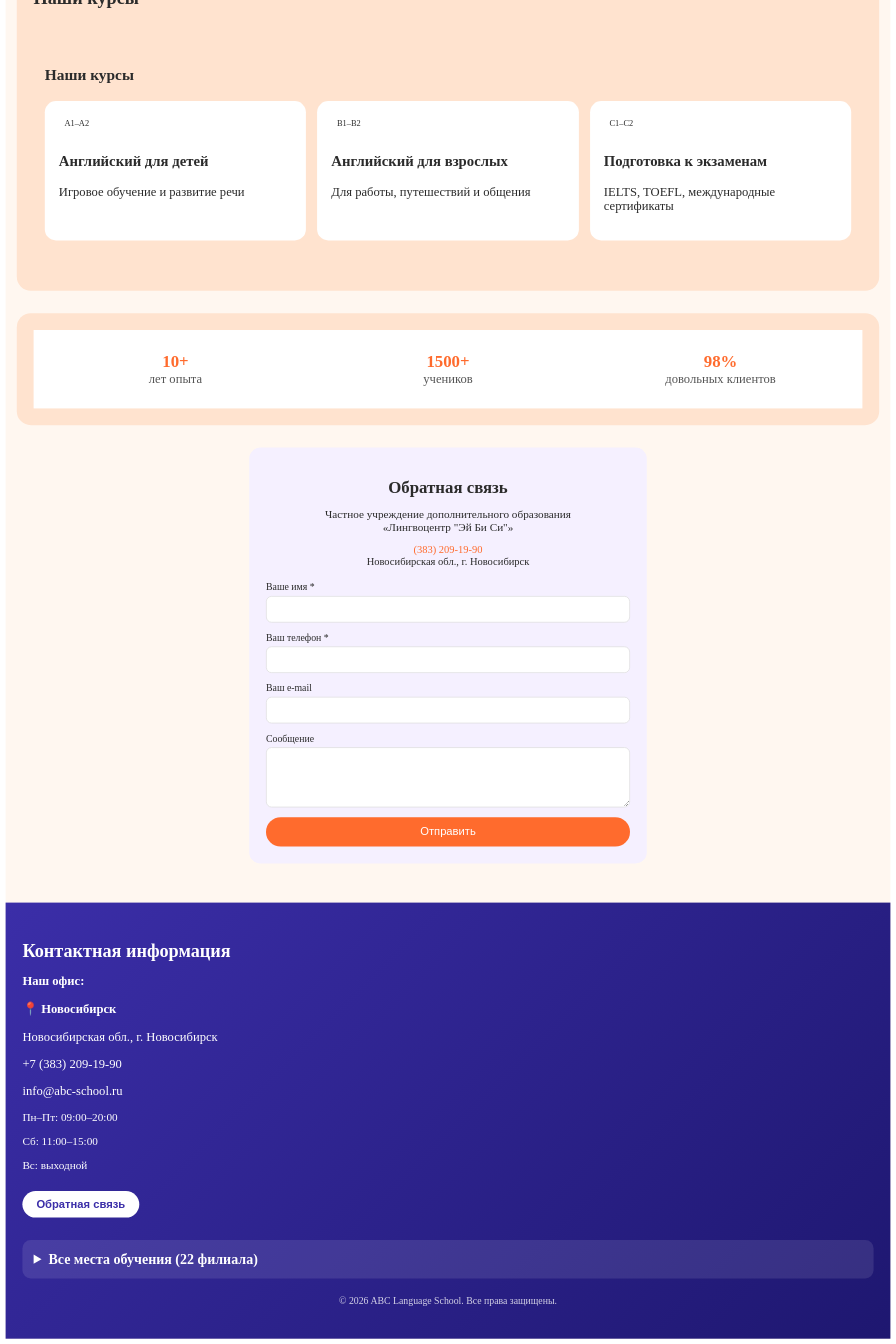
Repository: vidergooold/abc-language-school
Page: / (app in frontend/)
An editor plug-in stored every save of this project. The page is shown before and after the next save, followed by the edit.
The browser window is 1280 px wide. The pictures show the part of the page from y = 679 to 2599 px (the page is 2599 px tall before and 2560 px after), at 70% of full size.
The project was rebuilt for these pictures with package versions that can differ from the ones it lists, and the page was loaded fresh each time. Also part of the build but not shown: frontend/vite.config.ts, frontend/src/components/courses/CoursesFilter.vue, frontend/src/components/courses/CourseCard.vue, frontend/src/components/courses/CoursesGrid.vue, frontend/src/pages/Courses.vue, frontend/src/pages/Login.vue, frontend/src/pages/Register.vue, frontend/src/pages/Enroll.vue and 5 more.

Above is the page before, as saved 2026-01-11 18:10:56.

### frontend/src/main.ts
import { createApp } from 'vue'
import App from './App.vue'
import router from './router'
import './styles/theme.css'

import { createPinia } from 'pinia'

const pinia = createPinia()

createApp(App)
  .use(router)
  .use(pinia)
  .mount('#app')

### frontend/src/App.vue
<template>
  <div class="app">
    <Header />
    <main class="app-main">
      <router-view />
    </main>
    <Footer />
    <ScrollToTop />
  </div>
</template>

<script setup lang="ts">
import Header from './components/layout/Header.vue'
import Footer from './components/layout/Footer.vue'
import ScrollToTop from './components/ui/ScrollToTop.vue'
</script>

<style scoped>
.app {
  min-height: 100vh;
  display: flex;
  flex-direction: column;
  background: var(--bg-main);
  color: var(--text-main);
  font-size: var(--font-size-base);
}

.app-main {
  flex: 1;
  padding: 16px;
}
</style>

### frontend/src/router/index.ts
import { createRouter, createWebHistory } from 'vue-router'

import Home from '@/pages/Home.vue'
import Courses from '@/pages/Courses.vue'
import Login from '@/pages/Login.vue'
import Register from '@/pages/Register.vue'
import Enroll from '@/pages/Enroll.vue'

import AccountLayout from '@/components/layout/AccountLayout.vue'
import Profile from '@/pages/account/Profile.vue'

import Testing from '@/pages/Testing.vue'
import Jobs from '@/pages/Jobs.vue'

import { useAuthStore } from '@/stores/auth'

const router = createRouter({
  history: createWebHistory(),
  routes: [
    { path: '/', component: Home },

    // заглушки (можно временно показывать Home)
    { path: '/organization', component: Home },
    { path: '/clients', component: Home },

    // реальные страницы
    { path: '/courses', component: Courses },
    { path: '/enroll', component: Enroll },
    { path: '/login', component: Login },
    { path: '/register', component: Register },
    { path: '/testing', component: Testing },
    { path: '/jobs', component: Jobs },

    {
      path: '/account',
      component: AccountLayout,
      meta: { requiresAuth: true },
      children: [
        {
          path: '',
          component: Profile,
        },
      ],
    },
  ],
})

router.beforeEach((to) => {
  const auth = useAuthStore()
  if (to.meta.requiresAuth && !auth.token) {
    return '/login'
  }
})

export default router

### frontend/src/styles/theme.css
:root {
  /* Цвета */
  --bg-main: #fff7f0; /* тёплый фон страницы */
  --bg-white: #ffffff;
  --brand-orange: #ff6b2d; /* яркий оранжевый */
  --brand-red: #e53935;    /* акцентный красный */
  --brand-purple: #3b2ea8; /* фиолетовый */

  --text-main: #2b2b2b;
  --text-secondary: #555555;

  /* Типографика */
  --font-size-base: 18px;
  --font-size-h1: 32px;
  --font-size-h2: 26px;
  --font-size-h3: 20px;

  /* Прочее */
  --border-radius: 16px;
}

### frontend/src/components/layout/Footer.vue
<template>
  <footer class="footer">
    <div class="footer__content">
      <!-- Левая колонка: контакты -->
      <div class="footer__left">
        <h2 class="footer__title">Контактная информация</h2>

        <div class="footer__office">
          <h3>Наш офис:</h3>
          <p class="footer__location">📍 Новосибирск</p>
          <p>Новосибирская обл., г. Новосибирск</p>
        </div>

        <div class="footer__phones">
          <a href="tel:+73832091990" class="footer__phone">
             +7 (383) 209-19-90
          </a>
        </div>

        <p class="footer__email">
           <a href="mailto:info@abc-school.ru">info@abc-school.ru</a>
        </p>

        <div class="footer__schedule">
          <p>Пн–Пт: 09:00–20:00</p>
          <p>Сб: 11:00–15:00</p>
          <p>Вс: выходной</p>
        </div>

        <button class="footer__btn" @click="scrollToFeedback">
          Обратная связь
        </button>
      </div>

      <!-- Правая колонка: карта с филиалами -->
      <div class="footer__right">
        <iframe
          class="footer__map"
          src="https://yandex.ru/map-widget/v1/?um=constructor%3A2176bde44a3a0278af824b3d4e41f7e66ef0d049a83924a08779f616ec73ade1&amp;source=constructor"
          frameborder="0"
          allowfullscreen
        ></iframe>
        <p class="map-note">
          👆 На карте отмечены все 22 филиала ABC School
        </p>
      </div>
    </div>

    <!-- Все филиалы списком -->
    <details class="footer__branches">
      <summary class="footer__branches-title">
        Все места обучения (22 филиала)
      </summary>

      <div class="branches-grid">
        <div class="branch" v-for="branch in branches" :key="branch.id">
          <h4>{{ branch.name }}</h4>
          <p class="branch__address"> {{ branch.address }}</p>
          <p class="branch__phone">
             <a :href="`tel:${branch.phone}`">{{ branch.phoneDisplay }}</a>
          </p>
          <p class="branch__schedule"> {{ branch.schedule }}</p>
        </div>
      </div>
    </details>

    <div class="footer__copyright">
      <p>© 2026 ABC Language School. Все права защищены.</p>
    </div>
  </footer>
</template>

<script setup lang="ts">
import { ref } from 'vue'

function scrollToFeedback() {
  const el = document.getElementById('feedback')
  if (el) el.scrollIntoView({ behavior: 'smooth' })
}

const branches = ref([
  {
    id: 1,
    name: 'Офис г. Новосибирск (главный)',
    address: 'ул. Бориса Богаткова, 208/2, офис 4, 5',
    phone: '+79139121809',
    phoneDisplay: '(913) 912-18-09',
    schedule: 'Пн–Пт 9:00–20:00',
  },
  {
    id: 2,
    name: 'Филиал в МАОУ Гимназия 11 «Гармония»',
    address: 'ул. Федосеева, д. 38',
    phone: '+79139121809',
    phoneDisplay: '(913) 912-18-09',
    schedule: 'Пн–Пт 9:50–18:30',
  },
  {
    id: 3,
    name: 'Филиал в МБОУ СОШ №56',
    address: 'ул. Планировочная, д. 7',
    phone: '+79139121809',
    phoneDisplay: '(913) 912-18-09',
    schedule: 'Пн/Чт 11:30–15:30',
  },
  {
    id: 4,
    name: 'Филиал в МБОУ СОШ №188',
    address: 'ул. Курганская, д. 36а',
    phone: '+79139121809',
    phoneDisplay: '(913) 912-18-09',
    schedule: 'Пн–Пт 11:00–19:30',
  },
  {
    id: 5,
    name: 'Филиал в МАОУ СОШ №218',
    address: 'Красный проспект, д. 320/1',
    phone: '+79139121809',
    phoneDisplay: '(913) 912-18-09',
    schedule: 'Пн–Чт 10:30–16:00',
  },
  {
    id: 6,
    name: 'Филиал в МАОУ «Гимназия №7 «Сибирская»',
    address: 'ул. Зорге, д. 42а',
    phone: '+79139121809',
    phoneDisplay: '(913) 912-18-09',
    schedule: 'Пн/Ср 9:30–15:30',
  },
  {
    id: 7,
    name: 'Филиал в МБОУ СОШ №186',
    address: 'ул. Бориса Богаткова, д. 189',
    phone: '+79139121809',
    phoneDisplay: '(913) 912-18-09',
    schedule: 'Пн–Пт 10:30–18:30',
  },
  {
    id: 8,
    name: 'Филиал в МБОУ СОШ №11',
    address: 'ул. Бориса Богаткова, д. 187',
    phone: '+79139121809',
    phoneDisplay: '(913) 912-18-09',
    schedule: 'Пн/Ср 11:00–12:30',
  },
  {
    id: 9,
    name: 'Филиал в МБОУ СОШ №2',
    address: 'ул. Чехова, д. 271',
    phone: '+79139121809',
    phoneDisplay: '(913) 912-18-09',
    schedule: 'Вт/Чт/Пт 11:00–18:30',
  },
  {
    id: 10,
    name: 'Филиал в МБОУ СОШ №199',
    address: 'ул. Лазурная, д. 27',
    phone: '+79139121809',
    phoneDisplay: '(913) 912-18-09',
    schedule: 'Пн–Чт 9:00–18:30',
  },
  {
    id: 11,
    name: 'Филиал в МБОУ СОШ №155',
    address: 'Ключ-Камышенское Плато, д. 1А',
    phone: '+79139121809',
    phoneDisplay: '(913) 912-18-09',
    schedule: 'Вт/Чт/Пт 10:00–20:00',
  },
  {
    id: 12,
    name: 'Филиал в МАОУ ЛИТ',
    address: 'ул. Римского-Корсакова, д. 13',
    phone: '+79139121809',
    phoneDisplay: '(913) 912-18-09',
    schedule: 'Вт/Чт 11:30–17:00',
  },
  {
    id: 13,
    name: 'Филиал в МБОУ СОШ №195',
    address: 'ул. В. Высоцкого, д. 1',
    phone: '+79139121809',
    phoneDisplay: '(913) 912-18-09',
    schedule: 'Пн/Чт 12:10–14:00',
  },
  {
    id: 14,
    name: 'Филиал в МАОУ НГПЛ',
    address: 'ул. Декабристов, д. 86',
    phone: '+79139121809',
    phoneDisplay: '(913) 912-18-09',
    schedule: 'Пн–Чт 13:15–16:30',
  },
  {
    id: 15,
    name: 'Филиал в МБОУ Гимназия №9',
    address: 'ул. Калинина, д. 255',
    phone: '+79139121809',
    phoneDisplay: '(913) 912-18-09',
    schedule: 'Пн–Чт 11:00–19:15',
  },
  {
    id: 16,
    name: 'Филиал в МАОУ НЭЛ',
    address: 'ул. Крылова, д. 44',
    phone: '+79139121809',
    phoneDisplay: '(913) 912-18-09',
    schedule: 'Пн–Чт 12:00–14:00',
  },
  {
    id: 17,
    name: 'Филиал в МАОУ СОШ №216',
    address: 'ул. Виталия Потылицына, д. 9',
    phone: '+79139121809',
    phoneDisplay: '(913) 912-18-09',
    schedule: 'Пн–Чт 9:30–19:30',
  },
  {
    id: 18,
    name: 'Филиал в МАОУ СОШ №217',
    address: 'ул. Виктора Шевелева, д. 3',
    phone: '+79139121809',
    phoneDisplay: '(913) 912-18-09',
    schedule: 'Пн–Пт 9:00–19:00',
  },
  {
    id: 19,
    name: 'Филиал в МБОУ Гимназия №5',
    address: 'ул. Академическая, д. 9',
    phone: '+79139121809',
    phoneDisplay: '(913) 912-18-09',
    schedule: 'Пн/Ср 11:00–13:00',
  },
  {
    id: 20,
    name: 'Филиал в МБОУ СОШ №121 «Академическая»',
    address: 'ул. Тружеников, д. 10',
    phone: '+79139121809',
    phoneDisplay: '(913) 912-18-09',
    schedule: 'Вт/Чт 12:00–15:00',
  },
  {
    id: 21,
    name: 'Филиал в МБОУ СОШ №61 им. Н.М. Иванова',
    address: 'ул. Иванова, д. 9',
    phone: '+79139121809',
    phoneDisplay: '(913) 912-18-09',
    schedule: 'Пт 14:00–16:00',
  },
  {
    id: 22,
    name: 'Филиал в МАОУ СОШ №222',
    address: 'ул. Кубовая, д. 100',
    phone: '+79139121809',
    phoneDisplay: '(913) 912-18-09',
    schedule: 'устанавливается',
  },
])
</script>

<style scoped>
.footer {
  background: linear-gradient(135deg, var(--brand-purple), #1e1770);
  color: #ffffff;
  padding: 32px 24px;
  margin-top: 40px;
}

.footer__content {
  display: grid;
  grid-template-columns: 1fr 1fr;
  gap: 32px;
  margin-bottom: 32px;
}

.footer__left h2 {
  font-size: 26px;
  margin-bottom: 16px;
}

.footer__office h3 {
  font-size: 18px;
  margin-bottom: 6px;
}

.footer__location {
  font-weight: 700;
  font-size: 18px;
}

.footer__phones {
  margin: 12px 0;
}

.footer__phone,
.footer__email a {
  color: #ffffff;
  font-size: 18px;
  text-decoration: none;
}

.footer__schedule {
  margin: 16px 0;
  font-size: 16px;
}

.footer__btn {
  background: #ffffff;
  color: var(--brand-purple);
  padding: 10px 20px;
  border-radius: 999px;
  border: none;
  font-size: 16px;
  font-weight: 600;
  cursor: pointer;
  margin-top: 12px;
}

.footer__right {
  position: relative;
  min-height: 320px;
  border-radius: 16px;
  overflow: hidden;
}

.footer__map {
  width: 100%;
  height: 100%;
  min-height: 320px;
  border-radius: 16px;
}

.map-note {
  margin-top: 8px;
  font-size: 14px;
  text-align: center;
  opacity: 0.9;
}

.footer__branches {
  margin-top: 24px;
  background: rgba(255, 255, 255, 0.1);
  padding: 16px;
  border-radius: 12px;
}

.footer__branches-title {
  font-size: 20px;
  font-weight: 700;
  cursor: pointer;
}

.branches-grid {
  display: grid;
  grid-template-columns: repeat(auto-fit, minmax(280px, 1fr));
  gap: 16px;
  margin-top: 16px;
}

.branch {
  background: rgba(255, 255, 255, 0.08);
  padding: 12px;
  border-radius: 10px;
}

.branch h4 {
  font-size: 16px;
  margin-bottom: 6px;
}

.branch__address,
.branch__phone,
.branch__schedule {
  font-size: 14px;
  margin: 4px 0;
}

.branch__phone a {
  color: #ffffff;
  text-decoration: none;
}

.footer__copyright {
  text-align: center;
  margin-top: 24px;
  font-size: 14px;
  opacity: 0.8;
}
</style>

### frontend/src/components/ui/ScrollToTop.vue
<template>
  <button
    v-if="visible"
    class="scroll-top"
    @click="scrollToTop"
    aria-label="Наверх"
  >
    ↑
  </button>
</template>

<script setup lang="ts">
import { onMounted, onBeforeUnmount, ref } from 'vue'

const visible = ref(false)

function onScroll() {
  visible.value = window.scrollY > 300
}

function scrollToTop() {
  window.scrollTo({ top: 0, behavior: 'smooth' })
}

onMounted(() => {
  window.addEventListener('scroll', onScroll)
})

onBeforeUnmount(() => {
  window.removeEventListener('scroll', onScroll)
})
</script>

<style scoped>
.scroll-top {
  position: fixed;
  right: 16px;
  bottom: 24px;
  width: 40px;
  height: 40px;
  border-radius: 999px;
  border: none;
  background: var(--brand-orange);
  color: #fff;
  font-size: 22px;
  cursor: pointer;
  box-shadow: 0 4px 10px rgba(0, 0, 0, 0.2);
}
</style>

### frontend/src/stores/auth.ts
import { defineStore } from 'pinia'
import http from '@/api/http'

export const useAuthStore = defineStore('auth', {
  state: () => ({
    token: localStorage.getItem('token') as string | null,
  }),

  actions: {
    async login(email: string, password: string) {
      const res = await http.post('/auth/login', { email, password })
      this.token = res.data.access_token
      localStorage.setItem('token', this.token!)
    },
    logout() {
      this.token = null
      localStorage.removeItem('token')
    },
  },
})

### frontend/src/components/home/CoursesPreview.vue
<template>
  <section class="courses">
    <h2 class="section-title">Наши курсы</h2>

    <div class="courses-grid">
      <div class="course-card">
        <span class="level">A1–A2</span>
        <h3>Английский для детей</h3>
        <p>Игровое обучение и развитие речи</p>
      </div>

      <div class="course-card">
        <span class="level">B1–B2</span>
        <h3>Английский для взрослых</h3>
        <p>Для работы, путешествий и общения</p>
      </div>

      <div class="course-card">
        <span class="level">C1–C2</span>
        <h3>Подготовка к экзаменам</h3>
        <p>IELTS, TOEFL, международные сертификаты</p>
      </div>
    </div>
  </section>
</template>

<style scoped>
.courses {
  padding: 48px 16px;
}

.section-title {
  font-size: 22px;
  margin-bottom: 24px;
}

.courses-grid {
  display: grid;
  grid-template-columns: 1fr;
  gap: 16px;
}

.course-card {
  background: var(--bg-white);
  padding: 20px;
  border-radius: var(--border-radius);
}

.course-card .level {
  display: inline-block;
  background: var(--brand-yellow);
  padding: 4px 8px;
  border-radius: 6px;
  font-size: 12px;
  margin-bottom: 8px;
}

@media (min-width: 768px) {
  .courses-grid {
    grid-template-columns: repeat(3, 1fr);
  }
}
</style>

### frontend/src/components/home/StatsBlock.vue
<template>
  <section class="stats">
    <div class="stats__item">
      <strong>10+</strong>
      <span>лет опыта</span>
    </div>

    <div class="stats__item">
      <strong>1500+</strong>
      <span>учеников</span>
    </div>

    <div class="stats__item">
      <strong>98%</strong>
      <span>довольных клиентов</span>
    </div>
  </section>
</template>

<style scoped>
.stats {
  display: grid;
  grid-template-columns: 1fr;
  gap: 16px;
  padding: 32px 16px;
  background: var(--bg-white);
}

.stats__item {
  text-align: center;
}

.stats__item strong {
  font-size: 24px;
  color: var(--brand-orange);
}

.stats__item span {
  display: block;
  color: var(--text-secondary);
}

@media (min-width: 768px) {
  .stats {
    grid-template-columns: repeat(3, 1fr);
  }
}
</style>

### frontend/src/components/home/FeedbackForm.vue
<template>
  <div class="feedback">
    <h2 class="feedback__title">Обратная связь</h2>

    <p class="feedback__org">
      Частное учреждение дополнительного образования<br />
      «Лингвоцентр &quot;Эй Би Си&quot;»
    </p>

    <p class="feedback__contact">
      <a href="tel:+73832091990">(383) 209-19-90</a><br />
      Новосибирская обл., г. Новосибирск
    </p>

    <form class="feedback__form" @submit.prevent="submit">
      <div class="field">
        <label>Ваше имя *</label>
        <input v-model="name" type="text" required />
      </div>

      <div class="field">
        <label>Ваш телефон *</label>
        <input v-model="phone" type="tel" required />
      </div>

      <div class="field">
        <label>Ваш e‑mail</label>
        <input v-model="email" type="email" />
      </div>

      <div class="field">
        <label>Сообщение</label>
        <textarea v-model="message" rows="4" />
      </div>

      <button class="submit-btn" type="submit">
        Отправить
      </button>
    </form>
  </div>
</template>

<script setup lang="ts">
import { ref } from 'vue'

const name = ref('')
const phone = ref('')
const email = ref('')
const message = ref('')

function submit() {
  // здесь позже можно добавить отправку на backend
  alert('Спасибо! Мы свяжемся с вами.')
}
</script>

<style scoped>
.feedback {
  max-width: 520px;
  margin: 0 auto;
  padding: 24px;
  background: #f5f0ff;
  border-radius: 16px;
}

.feedback__title {
  font-size: 24px;
  margin-bottom: 12px;
  text-align: center;
}

.feedback__org {
  font-size: 16px;
  text-align: center;
  margin-bottom: 8px;
}

.feedback__contact {
  font-size: 15px;
  text-align: center;
  margin-bottom: 20px;
}

.feedback__contact a {
  color: var(--brand-orange);
  text-decoration: none;
}

.feedback__form .field {
  display: flex;
  flex-direction: column;
  margin-bottom: 14px;
}

.feedback__form label {
  font-size: 14px;
  margin-bottom: 4px;
}

.feedback__form input,
.feedback__form textarea {
  padding: 10px;
  border-radius: 8px;
  border: 1px solid #ddd;
  font-size: 14px;
}

.submit-btn {
  width: 100%;
  padding: 12px;
  border-radius: 999px;
  border: none;
  background: var(--brand-orange);
  color: #fff;
  font-size: 16px;
  cursor: pointer;
}
</style>

### frontend/src/api/http.ts
import axios from 'axios'
import { useAuthStore } from '@/stores/auth'

const http = axios.create({
  baseURL: 'http://localhost:8000/api/v1',
  headers: {
    'Content-Type': 'application/json',
  },
})

// автоматически добавляем JWT, если есть
http.interceptors.request.use((config) => {
  const authStore = useAuthStore()
  if (authStore.token) {
    config.headers = config.headers || {}
    config.headers.Authorization = `Bearer ${authStore.token}`
  }
  return config
})

export default http

Loaded but not shown: frontend/index.html (common file); frontend/src/pages/Home.vue (194 lines, source omitted); frontend/src/components/layout/Header.vue (154 lines, source omitted)

After the next save:
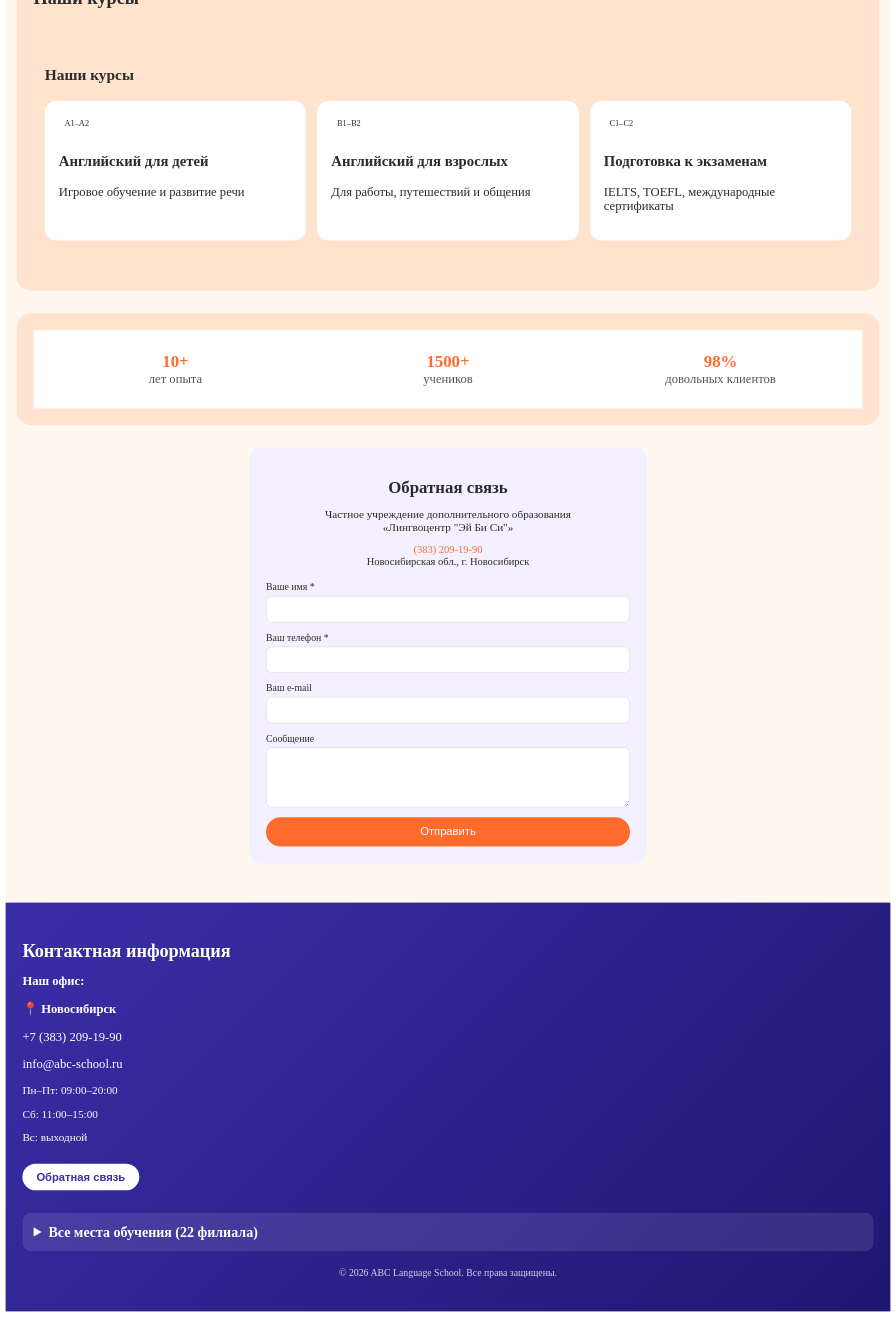
Saved 11 s later.
--- a/frontend/src/components/layout/Footer.vue
+++ b/frontend/src/components/layout/Footer.vue
@@ -8,7 +8,6 @@
         <div class="footer__office">
           <h3>Наш офис:</h3>
           <p class="footer__location">📍 Новосибирск</p>
-          <p>Новосибирская обл., г. Новосибирск</p>
         </div>
 
         <div class="footer__phones">

After the save that followed:
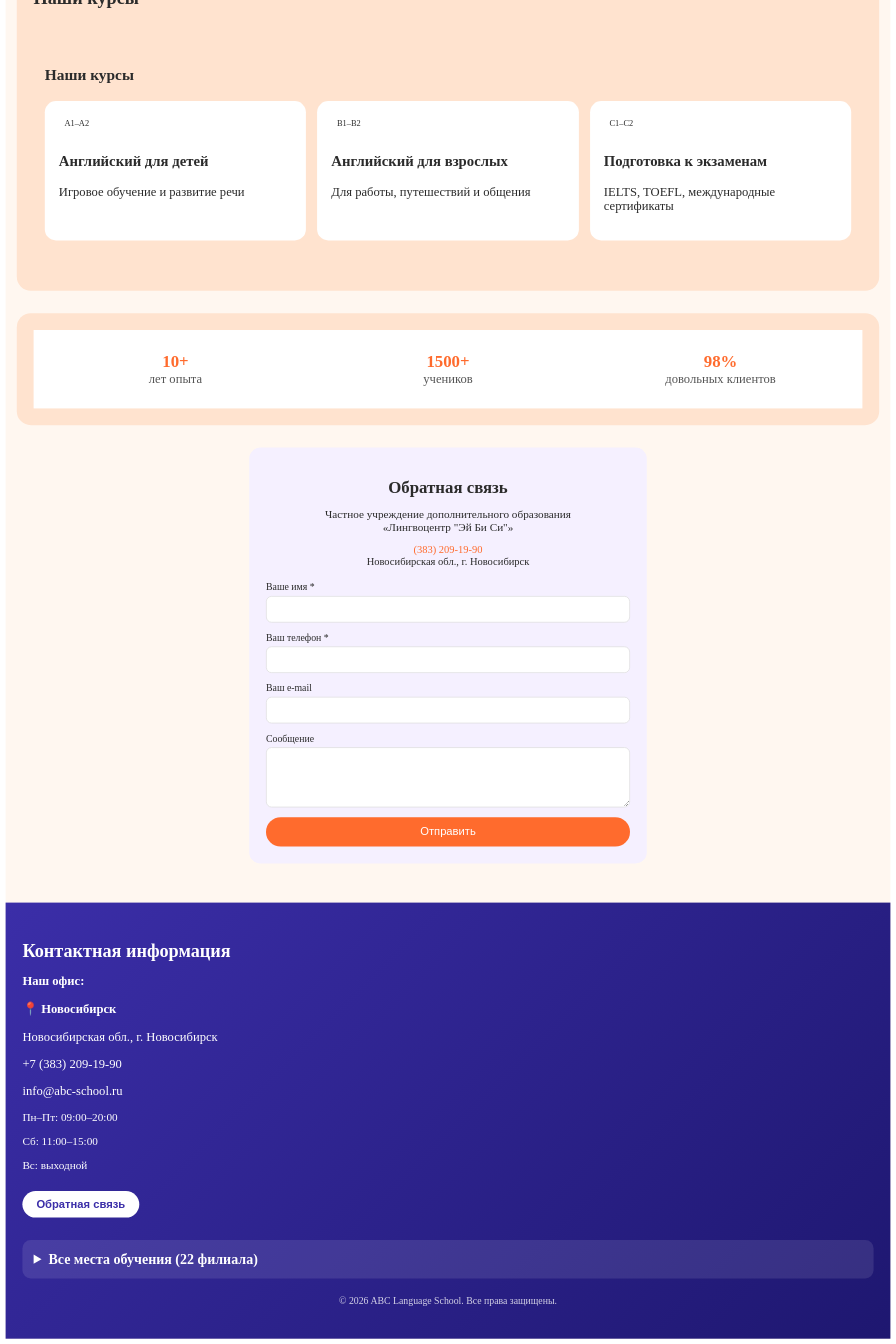
Saved 110 s later.
--- a/frontend/src/components/layout/Footer.vue
+++ b/frontend/src/components/layout/Footer.vue
@@ -8,6 +8,7 @@
         <div class="footer__office">
           <h3>Наш офис:</h3>
           <p class="footer__location">📍 Новосибирск</p>
+          <p>Новосибирская обл., г. Новосибирск</p>
         </div>
 
         <div class="footer__phones">
